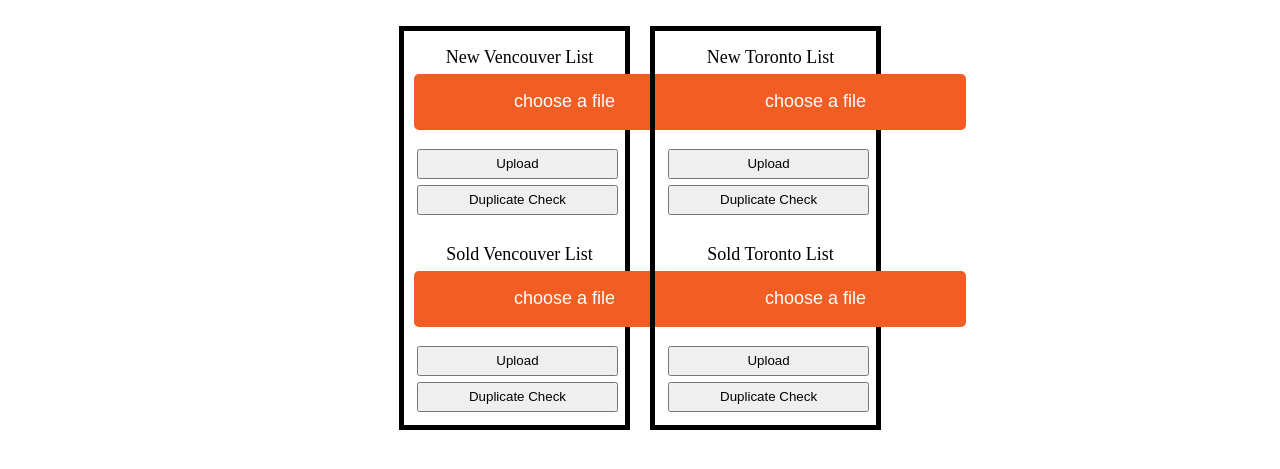
Repository: ah-sabbir/TIAM
Page: src/index.html
These files come from the project's save history. The page is drawn as it stood at one moment and after the next save; the edit follows.
The browser window is 1280 px wide. The pictures show the whole page.

Above is the page before, as saved 2022-05-16 17:22:13.
Console error: TypeError: Cannot read properties of null (reading 'addEventListener')

After the next save:
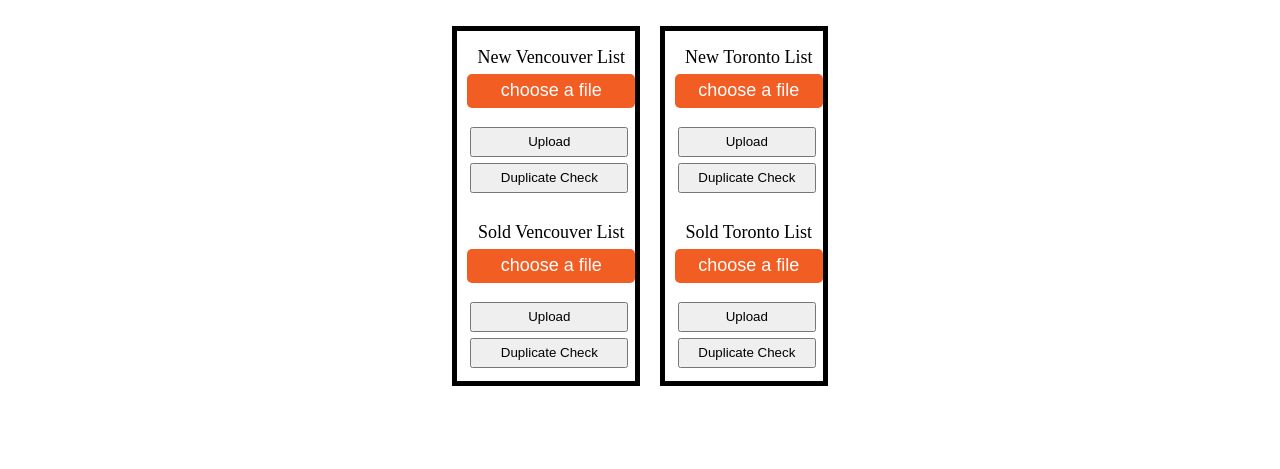
Saved 3 min 35 s later.
--- a/src/index.css
+++ b/src/index.css
@@ -51,21 +51,21 @@ label{
 
 [type=file] + label {
     width: 100%;
-  background: #f15d22;
-  border: none;
-  border-radius: 5px;
-  color: #fff;
-  cursor: pointer;
-  display: inline-block;
-  font-family: "Rubik", sans-serif;
-  font-size: inherit;
-  font-weight: 500;
-  margin-bottom: 1rem;
-  outline: none;
-  padding: 1rem 50px;
-  /* position: relative; */
-  transition: all 0.3s;
-  vertical-align: middle;
+    background: #f15d22;
+    border: none;
+    border-radius: 5px;
+    color: #fff;
+    cursor: pointer;
+    display: inline-block;
+    font-family: "Rubik", sans-serif;
+    font-size: inherit;
+    font-weight: 500;
+    margin-bottom: 1rem;
+    outline: none;
+    /* padding: 1rem 50px; */
+    /* position: relative; */
+    transition: all 0.3s;
+    vertical-align: middle;
 }
 [type=file] + label:hover {
   background-color: #d3460d;
